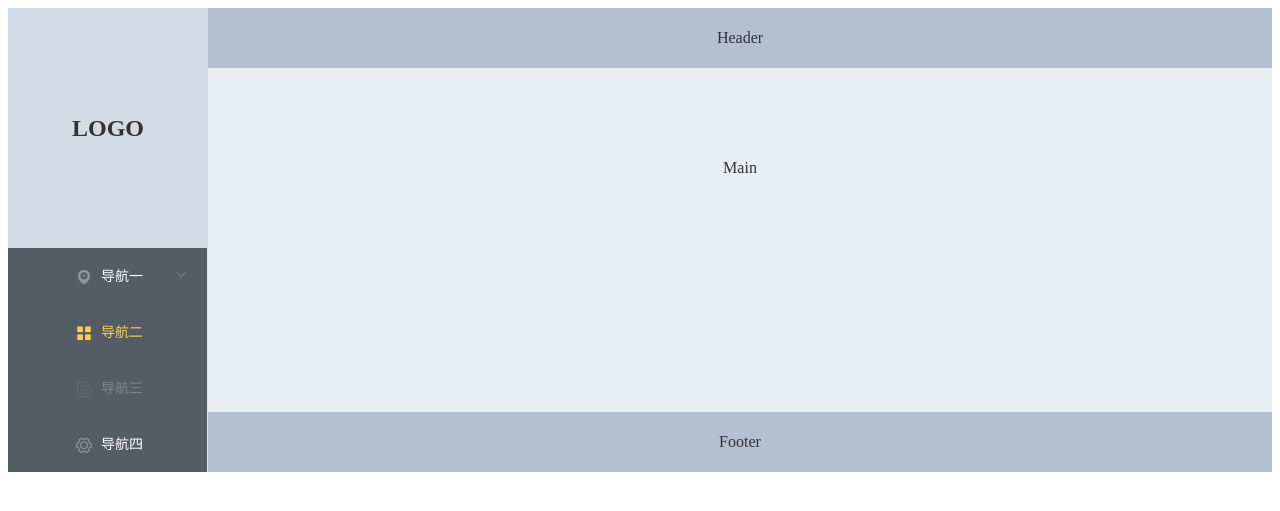
Repository: 960519152/elementui-demo-byf
Page: /
These files come from the project's save history. The page is drawn as it stood at one moment and after the next save; the edit follows.
The browser window is 1280 px wide. The pictures show the whole page.
The project was rebuilt for these pictures with package versions that can differ from the ones it lists, and the page was loaded fresh each time.

Above is the page before, as saved 2019-05-13 15:55:09.

### index.html
<!DOCTYPE html>
<html>
  <head>
    <meta charset="utf-8">
    <meta name="viewport" content="width=device-width,initial-scale=1.0">
    <title>vue-examine-backend</title>
  </head>
  <body>
    <div id="app"></div>
    <!-- built files will be auto injected -->
  </body>
</html>

### src/main.js
// The Vue build version to load with the `import` command
// (runtime-only or standalone) has been set in webpack.base.conf with an alias.
import Vue from 'vue'
import App from './App'
import router from './router' //路由
import ElementUI from 'element-ui'; //饿了么UI
import 'element-ui/lib/theme-chalk/index.css';  //饿了么UI

Vue.config.productionTip = false
Vue.use(ElementUI); //饿了么UI



/* eslint-disable no-new */
new Vue({
  el: '#app',
  router,
  components: { App },
  template: '<App/>'
})

### src/App.vue
<template>
  <div id="app">
    <el-container>
      <el-aside width="200px" class="el-col el-col-24">
        <el-row class="tac">
          <el-col :span="24">
            <h2>LOGO</h2>
            <el-menu default-active="2" class="el-menu-vertical-demo" @open="handleOpen" @close="handleClose"
              background-color="#545c64" text-color="#fff" active-text-color="#ffd04b">
              <el-submenu index="1">
                <template slot="title">
                  <i class="el-icon-location"></i>
                  <span>导航一</span>
                </template>
                <el-menu-item index="1">选项1</el-menu-item>
              </el-submenu>
              <el-menu-item index="2">
                <i class="el-icon-menu"></i>
                <span slot="title">导航二</span>
              </el-menu-item>
              <el-menu-item index="3" disabled>
                <i class="el-icon-document"></i>
                <span slot="title">导航三</span>
              </el-menu-item>
              <el-menu-item index="4">
                <i class="el-icon-setting"></i>
                <span slot="title">导航四</span>
              </el-menu-item>
            </el-menu>
          </el-col>
        </el-row>

      </el-aside>
      <el-container>
        <el-header>Header</el-header>
        <el-main>Main</el-main>
        <el-footer>Footer</el-footer>
      </el-container>
    </el-container>
    <router-view />
  </div>
</template>

<script>
  export default {
    name: 'App',
     methods: {
      handleOpen(key, keyPath) {
        console.log(key, keyPath);
      },
      handleClose(key, keyPath) {
        console.log(key, keyPath);
      }
    }
  }

</script>

<style>
  .el-header,
  .el-footer {
    background-color: #B3C0D1;
    color: #333;
    text-align: center;
    line-height: 60px;
  }

  .el-aside {
    background-color: #D3DCE6;
    color: #333;
    text-align: center;
    line-height: 200px;
  }

  .el-main {
    background-color: #E9EEF3;
    color: #333;
    text-align: center;
    line-height: 160px;
  }

  body>.el-container {
    margin-bottom: 40px;
  }

  .el-container:nth-child(5) .el-aside,
  .el-container:nth-child(6) .el-aside {
    line-height: 260px;
  }

  .el-container:nth-child(7) .el-aside {
    line-height: 320px;
  }

</style>

### src/components/HelloWorld.vue
<template>
  <div class="hello">

  </div>
</template>

<script>
export default {
  name: 'HelloWorld',
  data () {
    return {
      msg: 'Welcome to Your Vue.js App'
    }
  }
}
</script>

<!-- Add "scoped" attribute to limit CSS to this component only -->
<style scoped>

</style>

Loaded but not shown: src/router/index.js (common file)

After the next save:
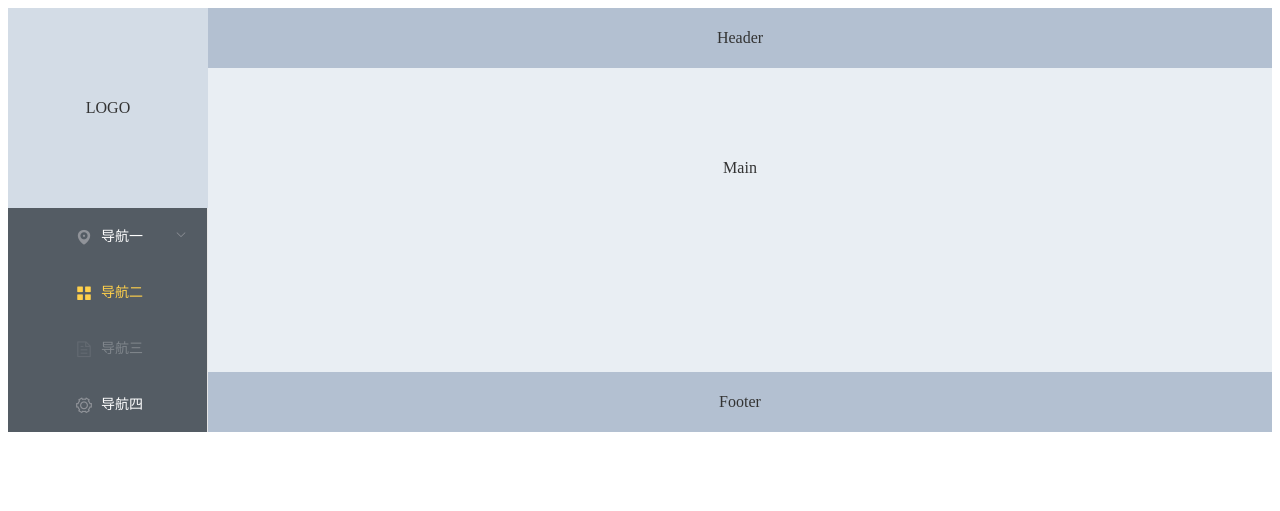
Saved 4 min 40 s later.
--- a/src/App.vue
+++ b/src/App.vue
@@ -4,7 +4,7 @@
       <el-aside width="200px" class="el-col el-col-24">
         <el-row class="tac">
           <el-col :span="24">
-            <h2>LOGO</h2>
+            <div>LOGO</div>
             <el-menu default-active="2" class="el-menu-vertical-demo" @open="handleOpen" @close="handleClose"
               background-color="#545c64" text-color="#fff" active-text-color="#ffd04b">
               <el-submenu index="1">
